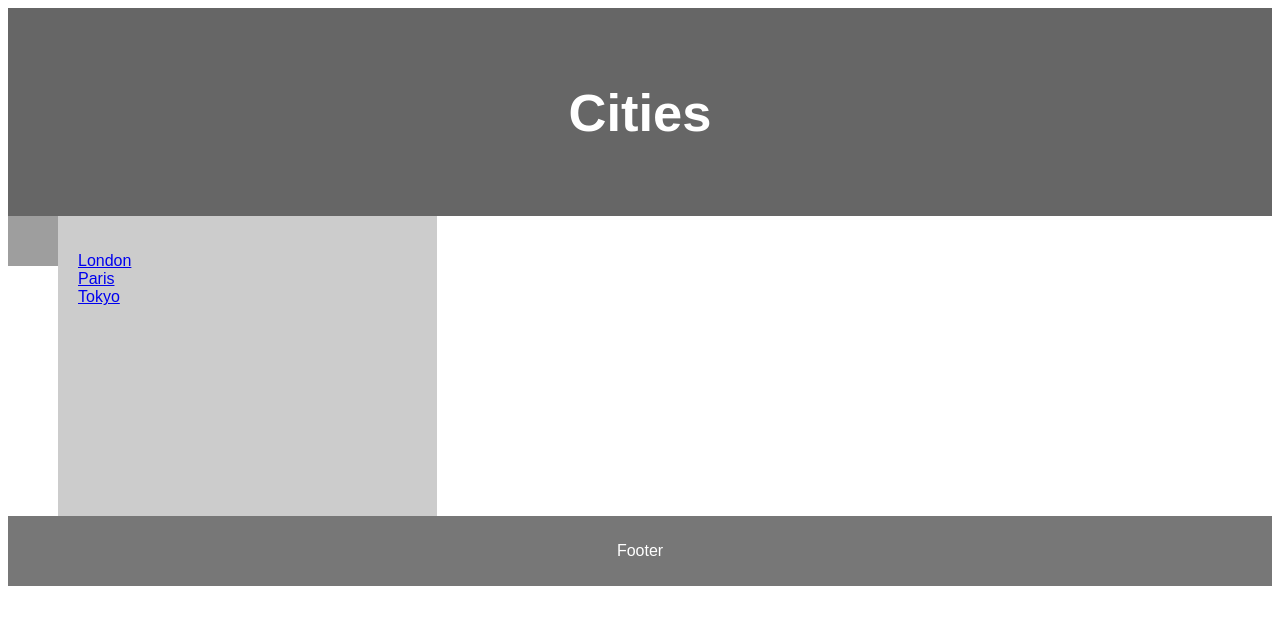
Repository: sandunigayanjali/Library_System
Page: http://localhost/library_management/studentProfile2.jsp
These files come from the project's save history. The page is drawn as it stood at one moment and after the next save; the edit follows.
The browser window is 1280 px wide. The pictures show the whole page.
Pictures or frames that could not be fetched are drawn as grey boxes. The page is served by Tomcat 9.

Above is the page before, as saved 2018-11-23 13:56:12.

After the next save:
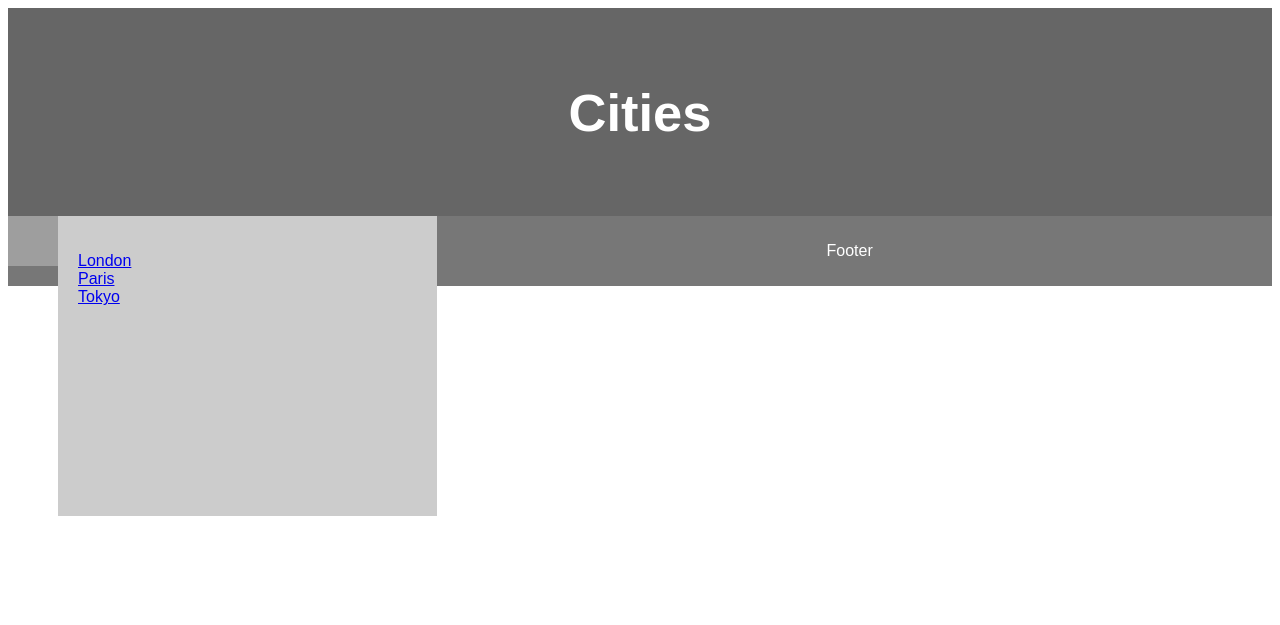
Saved 93 s later.
--- a/library management/WebContent/studentProfile2.jsp
+++ b/library management/WebContent/studentProfile2.jsp
@@ -49,11 +49,11 @@
 }
 
 /* Clear floats after the columns */
-section:after {
+/*section:after {
     content: "";
     display: table;
     clear: both;
-}
+}*/
 
 /* Style the footer */
 footer {

After the save that followed:
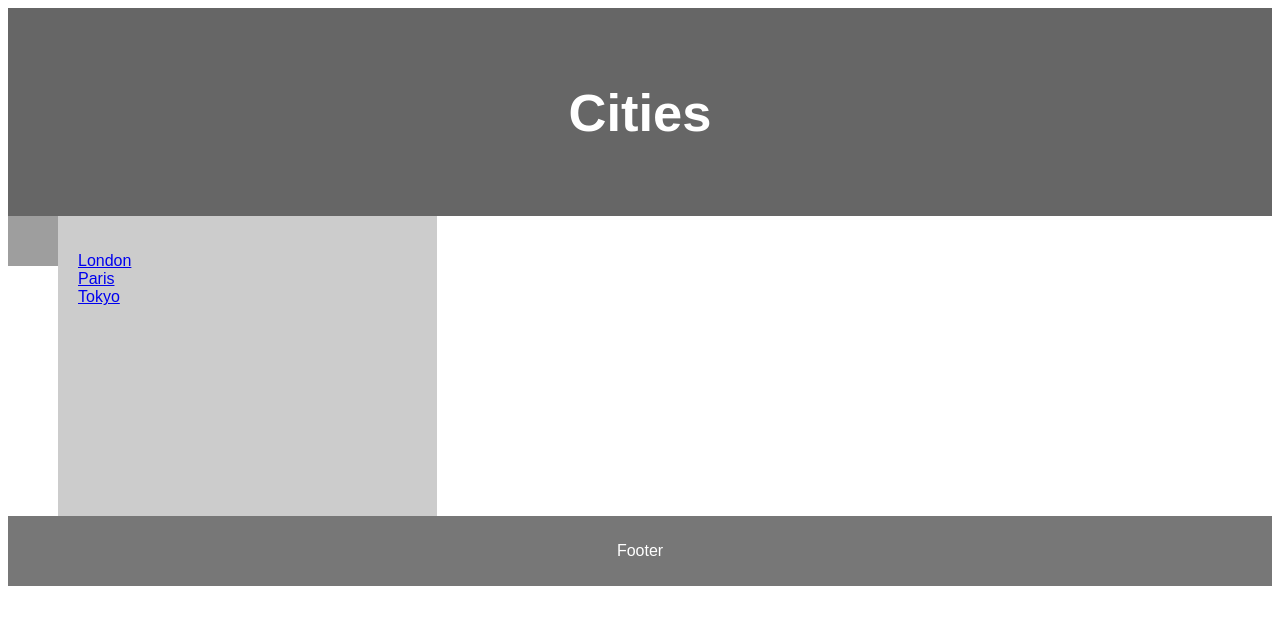
Saved 16 s later.
--- a/library management/WebContent/studentProfile2.jsp
+++ b/library management/WebContent/studentProfile2.jsp
@@ -49,11 +49,11 @@
 }
 
 /* Clear floats after the columns */
-/*section:after {
+section:after {
     content: "";
     display: table;
     clear: both;
-}*/
+}
 
 /* Style the footer */
 footer {
